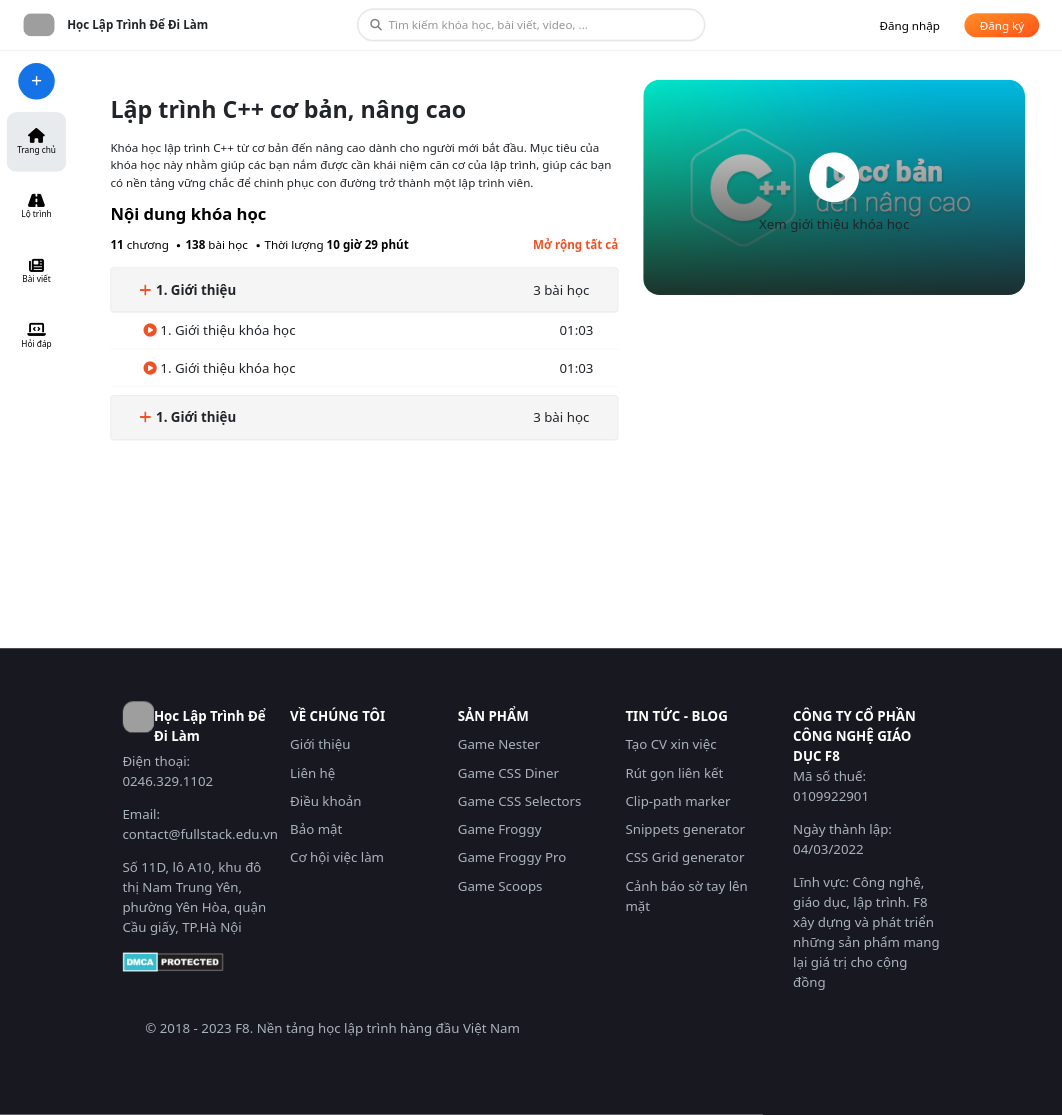
Repository: Quoc-Thang/projectasm
Page: introcourse.html
These files come from the project's save history. The page is drawn as it stood at one moment and after the next save; the edit follows.
The browser window is 1280 px wide. The pictures show the whole page, at 83% of full size.
Pictures or frames that could not be fetched are drawn as grey boxes. Some web libraries are served in a nearby version.

Above is the page before, as saved 2023-11-30 19:24:10.

### introcourse.html
<!DOCTYPE html>
<html lang="vi">
  <head>
    <meta charset="UTF-8" />
    <meta name="viewport" content="width=device-width, initial-scale=1.0" />
    <title>F8 - Học lập trình để đi làm</title>
    <!-- Preconnect -->
    <link rel="preconnect" href="https://unpkg.com/aos@2.3.1" />
    <link
      rel="preconnect"
      href="https://cdn.jsdelivr.net/npm/bootstrap@5.3.2" />
    <link rel="preconnect" href="https://kit.fontawesome.com" />
    <link rel="preconnect" href="https://fonts.googleapis.com" />
    <link rel="preconnect" href="https://fonts.gstatic.com" crossorigin />

    <!-- AOS -->
    <link href="https://unpkg.com/aos@2.3.1/dist/aos.css" rel="stylesheet" />

    <!-- Bootstrap -->
    <link
      href="https://cdn.jsdelivr.net/npm/bootstrap@5.3.2/dist/css/bootstrap.min.css"
      rel="stylesheet"
      integrity="sha384-T3c6CoIi6uLrA9TneNEoa7RxnatzjcDSCmG1MXxSR1GAsXEV/Dwwykc2MPK8M2HN"
      crossorigin="anonymous" />

    <!-- Google Fonts -->
    <link
      href="https://fonts.googleapis.com/css2?family=Poppins:wght@100;200;300;400&family=Roboto:wght@100;300;400&display=swap"
      rel="stylesheet" />

    <!-- CSS -->
    <link rel="stylesheet" href="./view/assets/css/reset.css" />
    <link rel="stylesheet" href="./view/assets/css/synthetic.css" />
    <link rel="stylesheet" href="./view/assets/css/header.css" />
    <link rel="stylesheet" href="./view/assets/css/nav.css" />
    <link rel="stylesheet" href="./view/assets/css/slider.css" />
    <link rel="stylesheet" href="./view/assets/css/wrappercontent.css" />
    <link rel="stylesheet" href="./view/assets/css/footer.css" />
    <link rel="stylesheet" href="./view/assets/css/introcourse.css">
  </head>

  <body>
    <!-- Content -->
    <div id="wrapper">
      <!-- Header -->
      <header>
        <div class="row wrap-header">
          <!-- Logo Website -->
          <div class="col-4">
            <div class="logo">
              <a href="/">
                <img src="./view/assets/image/Logo.png" alt="Logo Website" />
              </a>
              <h4 class="logoTxt">Học Lập Trình Để Đi Làm</h4>
            </div>
          </div>

          <!-- Search -->
          <div class="col-4">
            <div class="form-search">
              <form action="" method="post">
                <div class="form">
                  <button type="submit">
                    <i class="fa-solid fa-magnifying-glass"></i>
                  </button>
                  <input
                    type="search"
                    placeholder="Tìm kiếm khóa học, bài viết, video, ..."
                    name="searchTxt"
                    id="search-input"
                    autocomplete="off"
                    />
                </div>
              </form>
              <div class="card-search">
                <div class="heading-card-search">
                  <i class="fa-solid fa-magnifying-glass"></i>
                  <span>Kết quả tìm kiếm cho:</span>
                </div>
                <div class="content-card-search">
                  <div class="title-content">
                    <h2>
                      Khóa học
                    </h2>
                    <a href="#">
                      Xem thêm
                    </a>
                  </div>
                  <ul class="main-content" id="apiData">
                    <li>
                      <a href="#">
                        <img src="./view/assets/image/htmlcsszerohero.png" alt="Image course">
                        <span>
                          HTML, CSS từ cơ bản đến nâng cao
                        </span>
                      </a>
                    </li>
                    <li>
                      <a href="#">
                        <img src="./view/assets/image/htmlcsspro.png" alt="Image course">
                        <span>
                          HTML, CSS Pro
                        </span>
                      </a>
                    </li>
                    <li>
                      <a href="#">
                        <img src="./view/assets/image/sass.png" alt="Image course">
                        <span>
                          Ngôn ngữ tiền xử lý sass
                        </span>
                      </a>
                    </li>
                  </ul>
                </div>
              </div>
            </div>
          </div>

          <!-- Account -->
          <div class="col-4">
            <div class="account">
              <div class="login">
                <a class="openLogin" href="javascript:void(0)"> Đăng nhập </a>
              </div>
              <div class="signup">
                <a class="openSignup" href="javascript:void(0)"> Đăng ký </a>
              </div>
            </div>
          </div>
        </div>
      </header>

      <main id="main-content">
        <!-- Sidebar -->
        <nav class="menu-sidebar">
          <div class="sidebar">
            <div id="news-post" onclick="newsPost()">
              <a id="rotate" href="javascript:void(0)">
                <i class="fa-solid fa-plus"></i>
              </a>
              <span id="model-news">Thêm tin tức mới</span>
            </div>
            <ul>
              <li>
                <a class="menu-sidebar active" href="#">
                  <i class="fa-solid fa-house"></i>
                  <span class="txt-menu"> Trang chủ </span>
                </a>
              </li>
              <li>
                <a class="menu-sidebar" href="#">
                  <i class="fa-solid fa-road"></i>
                  <span class="txt-menu"> Lộ trình </span></a
                >
              </li>
              <li>
                <a class="menu-sidebar" href="#">
                  <i class="fa-solid fa-newspaper"></i>
                  <span class="txt-menu"> Bài viết </span></a
                >
              </li>
              <li>
                <a class="menu-sidebar" href="#">
                  <i class="fa-solid fa-laptop-code"></i>
                  <span class="txt-menu"> Hỏi đáp </span></a
                >
              </li>
            </ul>
          </div>
        </nav>

        <!-- Article -->
        <article id="main">

          <!-- Wrapper Content Main -->
          <div class="wrapper-content">
            <div class="intro-course">
              <div class="content-course">
                <div class="heading-course">
                  <h1 class="title-heading-course">
                    Lập trình C++ cơ bản, nâng cao
                  </h1>
                  <p class="desc-course">
                    Khóa học lập trình C++ từ cơ bản đến nâng cao dành cho người mới bắt đầu. Mục tiêu của khóa học này nhằm giúp các bạn nắm được cần khái niệm căn cơ của lập trình, giúp các bạn có nền tảng vững chắc để chinh phục con đường trở thành một lập trình viên.
                  </p>
                </div>
                <div class="main-content-course">
                  <div class="content-course-top">
                    <h2 class="title-course">
                      Nội dung khóa học
                    </h2>
                    <div class="desc-content-course">
                      <ul>
                        <li>
                          <a href="#">
                            <strong>
                              11
                            </strong>
                            chương
                          </a>
                        </li>
                        <li>
                          <a href="#">
                            <strong>
                              138
                            </strong>
                            bài học
                          </a>
                        </li>
                        <li>
                          <a href="#">
                            Thời lượng
                            <strong>
                              10 giờ 29 phút
                            </strong>
                          </a>
                        </li>
                      </ul>
                      <a class="read-more" href="#">
                        Mở rộng tất cả
                      </a>
                    </div>
                  </div>

                    <div class="list-panels-course">
                      <div class="list-panel-course">
                        <div class="panel-left">
                          <div class="icon-panel">
                              <i class="fa-solid fa-plus" style="color: #f05123;"></i>
                              <i class="fa-solid fa-minus" style="color: #f05123;"></i>
                          </div>
                          <span>
                            1. Giới thiệu
                          </span>
                        </div>
                        <div class="panel-right">
                          <span>
                            3 bài học
                          </soan>
                        </div>
                      </div>

                      <!-- List tab panel -->
                      <div class="list-tab-panel">
                        <!-- Tab panel -->
                        <div class="tab-panel">
                          <span class="desc-panel">
                            <i class="fa-solid fa-circle-play" style="color: #f05123;"></i>
                            1. Giới thiệu khóa học
                          </span>
                          <span class="desc-time">
                            01:03
                          </span>
                        </div>

                        <div class="tab-panel">
                          <span class="desc-panel">
                            <i class="fa-solid fa-circle-play" style="color: #f05123;"></i>
                            1. Giới thiệu khóa học
                          </span>
                          <span class="desc-time">
                            01:03
                          </span>
                        </div>
                      </div>
                    </div>

                    <div class="list-panels-course">
                      <div class="list-panel-course">
                        <div class="panel-left">
                          <div class="icon-panel">
                              <i class="fa-solid fa-plus" style="color: #f05123;"></i>
                              <i class="fa-solid fa-minus" style="color: #f05123;"></i>
                          </div>
                          <span>
                            1. Giới thiệu
                          </span>
                        </div>
                        <div class="panel-right">
                          <span>
                            3 bài học
                          </soan>
                        </div>
                      </div>
                    <!-- List tab panel -->
                    <div class="list-tab-panel">
                      <!-- Tab panel -->
                      <div class="tab-panel">
                        <span class="desc-panel">
                          <i class="fa-solid fa-circle-play" style="color: #f05123;"></i>
                          1. Giới thiệu khóa học
                        </span>
                        <span class="desc-time">
                          01:03
                        </span>
                      </div>

                      <div class="tab-panel">
                        <span class="desc-panel">
                          <i class="fa-solid fa-circle-play" style="color: #f05123;"></i>
                          1. Giới thiệu khóa học
                        </span>
                        <span class="desc-time">
                          01:03
                        </span>
                      </div>
                    </div>
                  </div>
                </div>
              </div>
              <div class="video-course">
                <figure>
                  <img src="./view/assets/image/cppcobannangcao.png" alt="Video Course">
                  <figcaption>
                    <div class="play-video">
                      <i class="fa-solid fa-circle-play" style="color: #ffffff;"></i>
                    </div>
                    <div class="see-video">
                      Xem giới thiệu khóa học
                    </div>
                  </figcaption>
                </figure>
              </div>
            </div>
          </div>
        </article>
      </main>

      <!-- Footer -->
      <footer>
        <div class="content-footer">
          <!-- Footer top -->
          <div class="footer-top">
            <!-- Slogan -->
            <div class="slogan content-column-footer">
              <div class="footer-slogan title-footer">
                <figure>
                  <img src="./view/assets/image/Logo.png" alt="Logo Website" />
                </figure>
                <figcaption>
                  <span class="txt-slogan"> Học lập trình để đi làm </span>
                </figcaption>
              </div>
              <div class="footer-contact-list">
                <ul>
                  <li>
                    <p>Điện thoại: 0246.329.1102</p>
                  </li>
                  <li>
                    <p>Email: contact@fullstack.edu.vn</p>
                  </li>
                  <li>
                    <p>
                      Số 11D, lô A10, khu đô thị Nam Trung Yên, phường Yên Hòa,
                      quận Cầu giấy, TP.Hà Nội
                    </p>
                  </li>
                </ul>
              </div>
              <div class="footer-protect">
                <figure>
                  <a href="#">
                    <img
                      src="./view/assets/image/dmca.png"
                      alt="DMCA Protect" />
                  </a>
                </figure>
              </div>
            </div>

            <!-- About us -->
            <div class="about content-column-footer">
              <div class="title-footer about-us">
                <span>Về chúng tôi</span>
              </div>
              <nav class="list-about">
                <ul>
                  <li><a href="#">Giới thiệu</a></li>
                  <li><a href="#">Liên hệ</a></li>
                  <li><a href="#">Điều khoản</a></li>
                  <li><a href="#">Bảo mật</a></li>
                  <li><a href="#">Cơ hội việc làm</a></li>
                </ul>
              </nav>
            </div>

            <!-- Products -->
            <div class="product content-column-footer">
              <div class="title-footer product-type">
                <span>Sản phẩm</span>
              </div>
              <nav class="list-product">
                <ul>
                  <li><a href="#">Game Nester</a></li>
                  <li><a href="#">Game CSS Diner</a></li>
                  <li><a href="#">Game CSS Selectors</a></li>
                  <li><a href="#">Game Froggy</a></li>
                  <li><a href="#">Game Froggy Pro</a></li>
                  <li><a href="#">Game Scoops</a></li>
                </ul>
              </nav>
            </div>

            <!-- Tools -->
            <div class="tools content-column-footer">
              <div class="title-footer tools-type">
                <span>Tin tức - Blog</span>
              </div>
              <nav class="list-tools">
                <ul>
                  <li><a href="#">Tạo CV xin việc</a></li>
                  <li><a href="#">Rút gọn liên kết</a></li>
                  <li><a href="#">Clip-path marker</a></li>
                  <li><a href="#">Snippets generator</a></li>
                  <li><a href="#">CSS Grid generator</a></li>
                  <li><a href="#">Cảnh báo sờ tay lên mặt</a></li>
                </ul>
              </nav>
            </div>

            <!-- Company -->
            <div class="company content-column-footer">
              <div class="title-footer company-type">
                <span>Công ty cổ phần công nghệ giáo dục F8</span>
              </div>
              <nav class="list-company">
                <ul>
                  <li>
                    <p href="#">Mã số thuế: <span>0109922901</span></p>
                  </li>
                  <li>
                    <p href="#">Ngày thành lập: <span>04/03/2022</span></p>
                  </li>
                  <li>
                    <p href="#">
                      Lĩnh vực:
                      <span
                        >Công nghệ, giáo dục, lập trình. F8 xây dựng và phát
                        triển những sản phẩm mang lại giá trị cho cộng đồng
                      </span>
                    </p>
                  </li>
                </ul>
              </nav>
            </div>
          </div>

          <!-- Footer bottom -->
          <div class="footer-bottom">
            <div class="copyright">
              <p>© 2018 - 2023 F8. Nền tảng học lập trình hàng đầu Việt Nam</p>
            </div>
            <div class="social-media">
              <!-- <img src="/images/icons/facebook.svg" alt="" />
              <img src="/images/icons/instagram.svg" alt="" />
              <img src="/images/icons/twitter.svg" alt="" />
              <img src="/images/icons/linkedin.svg" alt="" /> -->
            </div>
          </div>
          </div>
        </div>
      </footer>
    </div>
    <!-- Javascript -->
    <script src="./view/assets/javascript/sidebar.js"></script>
    <script src="./view/assets/javascript/introcourse.js"></script>
    <script src="./view/assets/javascript/formsearch.js"></script>
    <script src="./view/assets/javascript/formlogin.js"></script>
    <script src="./view/assets/javascript/formsignup.js"></script>

    <!-- Font Awesome -->
    <script
      src="https://kit.fontawesome.com/3e006365dd.js"
      crossorigin="anonymous"></script>

    <!-- Bootstrap -->
    <script
      src="https://cdn.jsdelivr.net/npm/bootstrap@5.3.2/dist/js/bootstrap.bundle.min.js"
      integrity="sha384-C6RzsynM9kWDrMNeT87bh95OGNyZPhcTNXj1NW7RuBCsyN/o0jlpcV8Qyq46cDfL"
      crossorigin="anonymous"></script>

    <!-- AOS -->
    <script src="https://unpkg.com/aos@2.3.1/dist/aos.js"></script>
    <script>
      AOS.init();
    </script>
  </body>
</html>

### view/assets/css/synthetic.css
:root {
  --system-ui: system-ui, "Segoe UI", Roboto, Helvetica, Arial, sans-serif,
    "Apple Color Emoji", "Segoe UI Emoji", "Segoe UI Symbol";
  --font-code: "SF Mono", monospace;
}

html,
body {
  min-height: 100% !important;
  height: 100%;
}

body {
  font-family: var(--system-ui);
  scroll-behavior: smooth;
  overflow-x: hidden;
}

main {
  display: flex;
}

#main {
  display: flex;
  flex-direction: column;
}

article {
  display: flex;
  min-width: 100vh;
}

#wrapper {
  width: 100%;
}

/* width */
::-webkit-scrollbar {
  width: 8px;
}

/* Track */
::-webkit-scrollbar-track {
  box-shadow: inset 0 0 5px grey;
  /* border-radius: 8px; */
}

/* Handle */
::-webkit-scrollbar-thumb {
  background: #a9a9a9;
  border-radius: 4px;
}

/* Handle on hover */
::-webkit-scrollbar-thumb:hover {
  background: #a9a9a9;
}

ul {
  list-style-type: none;
  margin: 0;
  padding: 0;
}

a {
  text-decoration: none;
}

### view/assets/css/footer.css
:root {
  --background-color: #fff;
  --border-bottom: #e8ebed;
  --border-color: #1473e6;
  --background-hover: #f5f5f5;
  --border: #e8e8e8;
  --color-txt: #000;
  --background-color-menu: #f0f0f0;
  --background-txt: linear-gradient(to right bottom, #ff8f26, #ff5117);
  --cta-hover-color-one: #6828fa;
}

footer {
  background-color: #181821;
  color: #a9b3bb;
  padding: 70px 0 60px;
  height: 100%;
  width: 100%;
  display: flex;
  justify-content: center;
}

footer a {
  color: #a9b3bb;
  margin: 10px 0;
  display: block;
}

.content-footer {
  display: flex;
  flex-wrap: wrap;
  flex-direction: column;
  width: 100%;
  max-width: calc(100% - 350px);
  justify-content: center;
}

.footer-top {
  display: flex;
  flex-direction: row;
  justify-content: center;
  align-items: flex-start;
  flex-wrap: wrap;
  margin-left: -40px;
  margin-right: -40px;
}

.content-column-footer {
  width: calc(20% - 25px);
  margin-left: 25px;
}

.content-column-footer:first-child {
  margin-left: 0;
}

.title-footer {
  color: var(--background-color);
  text-transform: uppercase;
  font-size: 16px;
  font-weight: 600;
}

.footer-slogan figure {
  transform: translateY(-6px);
}

.txt-slogan {
  text-transform: capitalize;
}

.footer-slogan {
  display: flex;
  flex-direction: row;
}

.footer-slogan img {
  height: 38px;
  width: 38px;
  border-radius: 12px;
}

.footer-bottom {
  display: flex;
  flex-direction: row;
  justify-content: space-between;
  padding: 1rem 0;
  align-items: center;
  width: calc(100% - 350px);
}

Loaded but not shown: view/assets/css/reset.css (common file); view/assets/javascript/formsignup.js (252 lines, source omitted); view/assets/javascript/formlogin.js (244 lines, source omitted); view/assets/javascript/introcourse.js (40 lines, source omitted); view/assets/javascript/sidebar.js (29 lines, source omitted); view/assets/javascript/formsearch.js (20 lines, source omitted); view/assets/css/slider.css (230 lines, source omitted); view/assets/css/wrappercontent.css (239 lines, source omitted); view/assets/css/introcourse.css (170 lines, source omitted); view/assets/css/nav.css (142 lines, source omitted); view/assets/css/header.css (164 lines, source omitted)

After the next save:
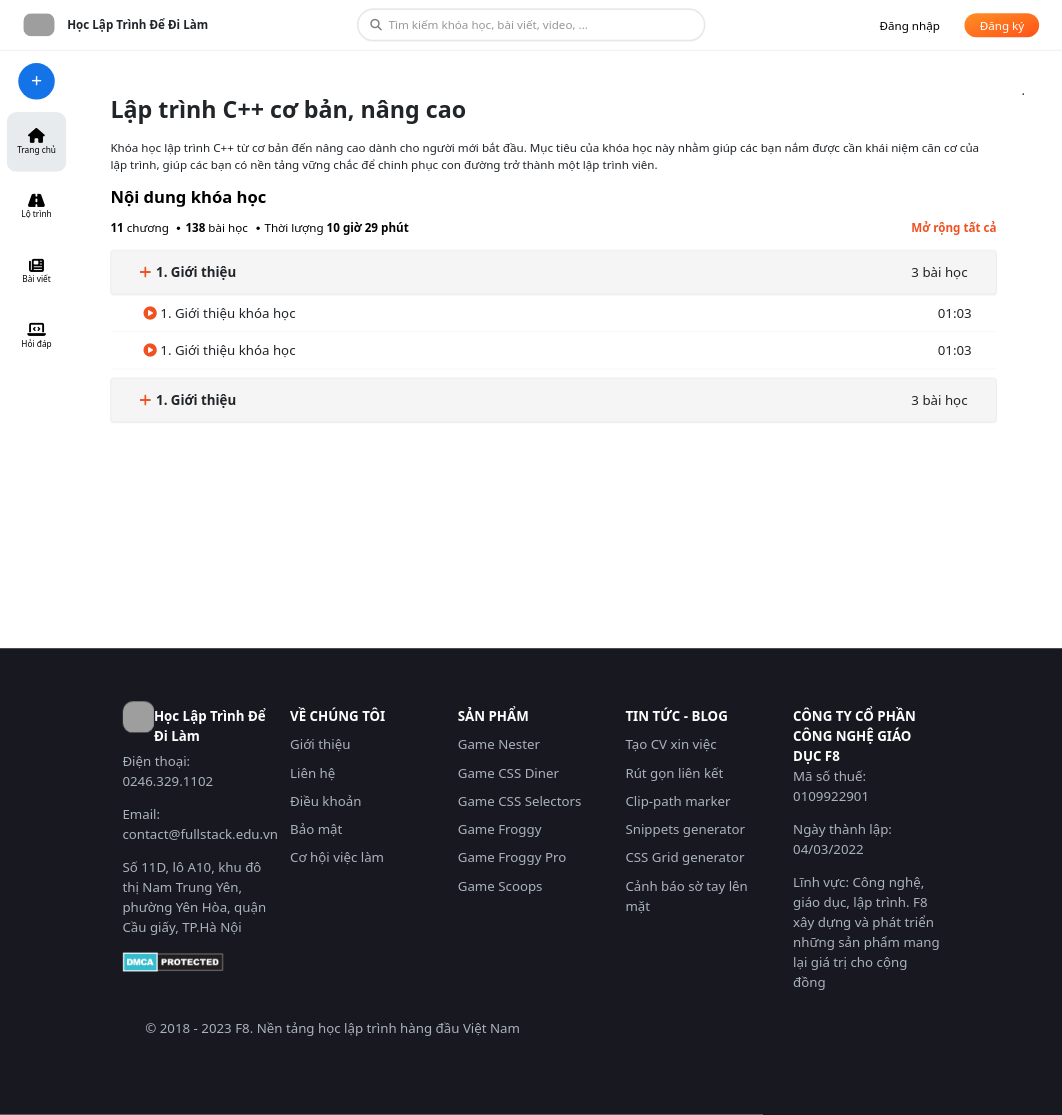
Saved 2 h 45 min later.
--- a/introcourse.html
+++ b/introcourse.html
@@ -309,19 +309,7 @@
                   </div>
                 </div>
               </div>
-              <div class="video-course">
-                <figure>
-                  <img src="./view/assets/image/cppcobannangcao.png" alt="Video Course">
-                  <figcaption>
-                    <div class="play-video">
-                      <i class="fa-solid fa-circle-play" style="color: #ffffff;"></i>
-                    </div>
-                    <div class="see-video">
-                      Xem giới thiệu khóa học
-                    </div>
-                  </figcaption>
-                </figure>
-              </div>
+              .
             </div>
           </div>
         </article>
